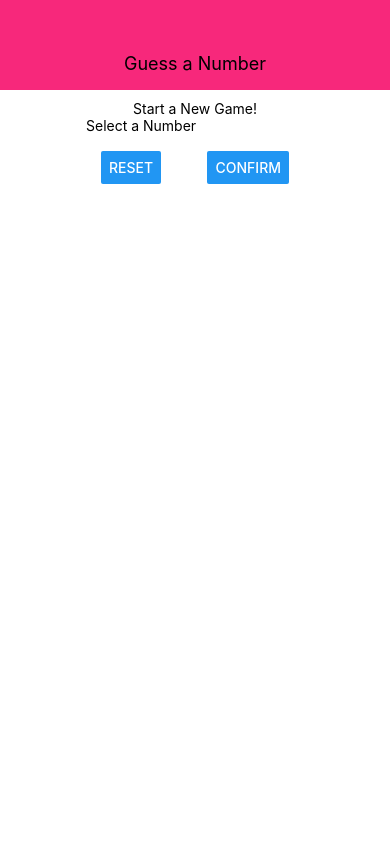
Repository: ChidiChuks/rn-second-project
Screen: / (app in second-project/)
An editor plug-in stored every save of this project. The screen is shown before and after a run of saves, followed by the edit.
The app was drawn by React Native's web renderer in a window 390 px wide. The project was rebuilt for these pictures with package versions that can differ from the ones it lists, and the page was loaded fresh each time.

Above is the screen before, as saved 2019-10-23 13:12:56.

After the next 2 saves:
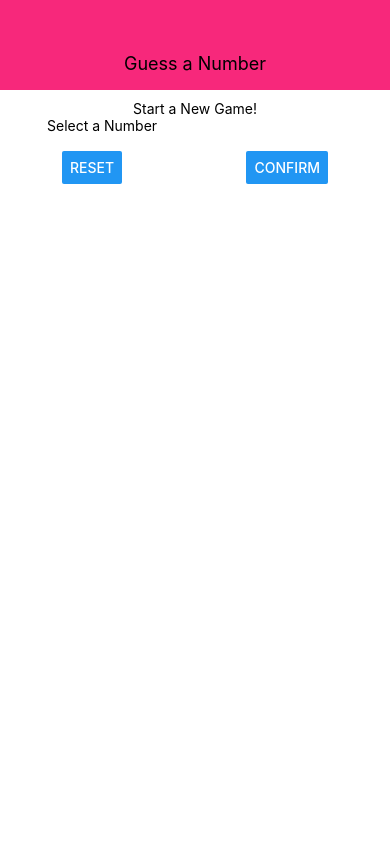
The 2 saves are shown as one change because 1 did not build or start.
The last was saved 93 s later.
--- a/second-project/screens/StartGameScreen.js
+++ b/second-project/screens/StartGameScreen.js
@@ -28,7 +28,8 @@ const styles = StyleSheet.create({
     marginVertical: 10
   },
   inputContainer: {
-
+    width: 300,
+    maxWidth: '80%'
   },
   buttonContainer: {
     flexDirection: 'row',
